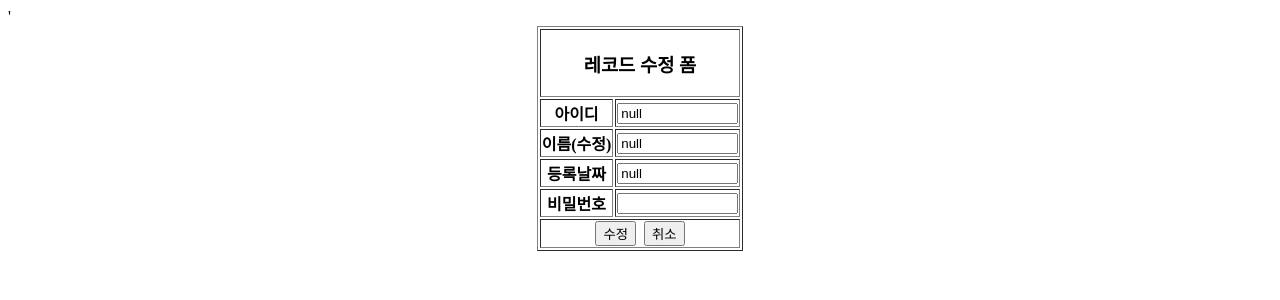
Repository: LTaeHoon/javajsp_ncs
Page: http://localhost/chap05_DataBase/db_view/UpdateForm.jsp
An editor plug-in stored every save of this project. The page is shown before and after the next save, followed by the edit.
The browser window is 1280 px wide. The pictures show the whole page.
The page is served by Tomcat 9.

Above is the page before, as saved 2017-01-19 08:04:31.

After the next save:
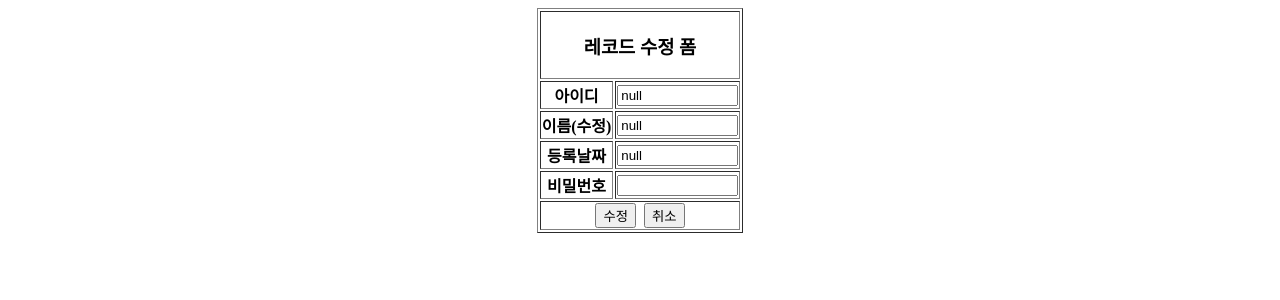
Saved 2 min 20 s later.
--- a/chap05_DataBase/WebContent/db_view/UpdateForm.jsp
+++ b/chap05_DataBase/WebContent/db_view/UpdateForm.jsp
@@ -12,7 +12,7 @@
 <head>
 <meta http-equiv="Content-Type" content="text/html; charset=UTF-8">
 <title>수정 폼</title>
-</head>'
+</head>
 <style>
 	td{text-align:center};
 </style>
